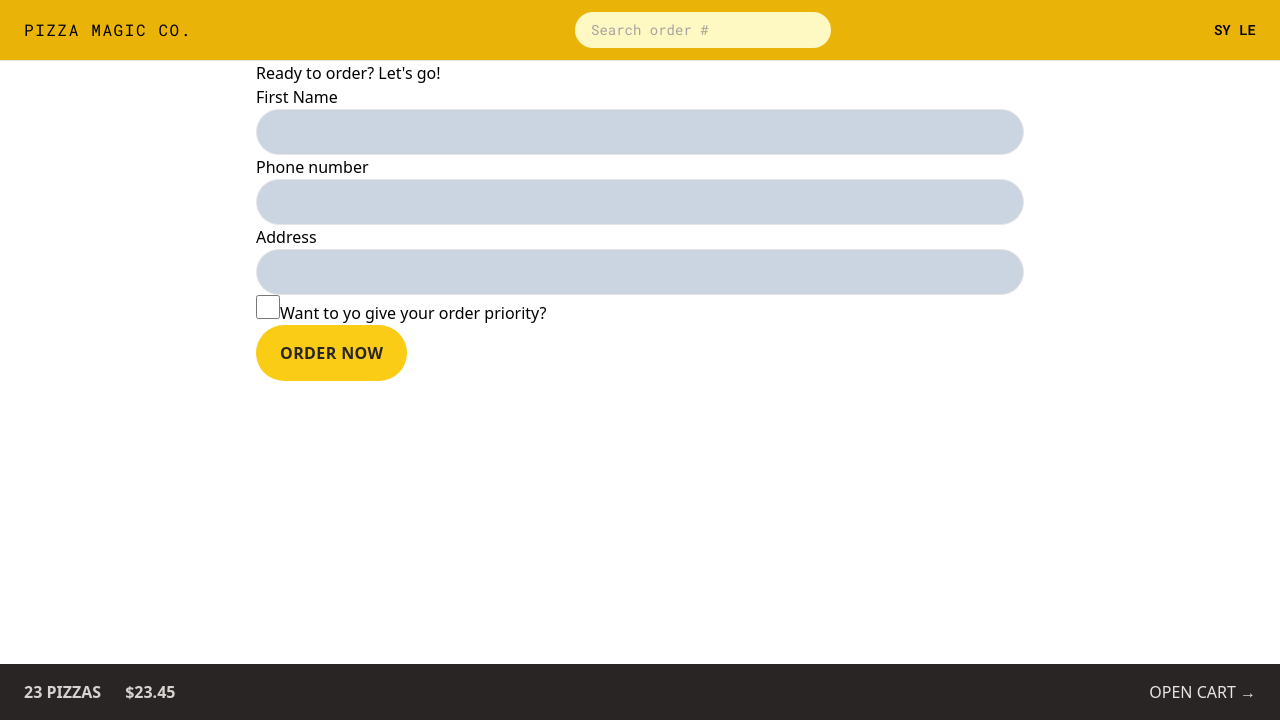
Repository: SyLe-Van/The-Pizza-Magic-web
Page: /order/new
An editor plug-in stored every save of this project. The page is shown before and after the next save, followed by the edit.
The browser window is 1280 px wide. The pictures show the whole page.
The project was rebuilt for these pictures with package versions that can differ from the ones it lists, and the page was loaded fresh each time. Also part of the build but not shown: vite.config.js, src/features/user/CreateUser.jsx, src/ui/Home.jsx, src/ui/Loader.jsx, src/features/menu/Menu.jsx, src/ui/LinkButton.jsx, src/features/cart/Cart.jsx, src/ui/Error.jsx and 2 more. Imported but missing from the stored project, and not drawn on this page: src/features/menu/MenuItem.

Above is the page before, as saved 2024-07-28 17:26:07.

### index.html
<!doctype html>
<html lang="en">
  <head>
    <meta charset="UTF-8" />
    <link rel="icon" type="image/svg+xml" href="/vite.svg" />
    <meta name="viewport" content="width=device-width, initial-scale=1.0" />
    <link rel="preconnect" href="https://fonts.googleapis.com">
    <link rel="preconnect" href="https://fonts.gstatic.com" crossorigin>
    <link href="https://fonts.googleapis.com/css2?family=Roboto+Mono:ital,wght@0,100..700;1,100..700&display=swap"
      rel="stylesheet">
    <title>Vite + React</title>
  </head>
  <body clas="bg-stone-100 text-stone-700">
    <div id="root"></div>
    <script type="module" src="/src/main.jsx"></script>
  </body>
</html>

### src/App.jsx
import {RouterProvider, createBrowserRouter } from "react-router-dom"
import Home from "./ui/Home"
import AppLayout from "./ui/AppLayout"
import Menu, {loader as menuLoader} from "./features/menu/Menu"
import Cart from "./features/cart/Cart"
import Error from "./ui/Error"
import CreateOrder, {action as CreateOrderAction} from "./features/order/CreateOrder"
import Order, {loader as orderLoader} from "./features/order/Order"
const router = createBrowserRouter([
  {
    element: <AppLayout />,
    errorElement: <Error />,
    children: [
      {
        path: "/",
        element: <Home />
      },
      {
        path: "/menu",
        element: <Menu />,
        loader: menuLoader,
        errorElement: <Error />,
      },
      {
        path: "/cart",
        element: <Cart />
      },
      {
        path: "/order/new",
        element: <CreateOrder />,
        action: CreateOrderAction,
      },
      {
        path: "/order/:orderId",
        element: <Order />,
        loader: orderLoader,
        errorElement: <Error />,
      }
    ]
  },


])

export default function App() {
  return <RouterProvider router={router} />
}

### src/index.css
@tailwind base;
@tailwind components;
@tailwind utilities;

@layer components {
  .input{
    @apply
      rounded-full
       md:px-6 md:py-3
        focus:ring
        focus:ring-yellow-400
         focus:outline-none
          border
           border-stone-200
            w-full px-4 py-2
            text-sm transition-all
             duration-300
              placeholder:text-stone-400
               bg-slate-300

  }
    .loader {
      width: 45px;
      aspect-ratio: 0.75;
      --c: no-repeat linear-gradient(theme(colors.stone.800) 0 0);
      background: var(--c) 0% 50%, var(--c) 50% 50%, var(--c) 100% 50%;
      background-size: 20% 50%;
      animation: loading 1s infinite linear;
    }

    @keyframes loading {
      20% {
        background-position: 0% 0%, 50% 50%, 100% 50%;
      }

      40% {
        background-position: 0% 100%, 50% 0%, 100% 50%;
      }

      60% {
        background-position: 0% 50%, 50% 100%, 100% 0%;
      }

      80% {
        background-position: 0% 50%, 50% 50%, 100% 100%;
      }
    }
}
/* body {
  font-family: system-ui, -apple-system, BlinkMacSystemFont, 'Segoe UI', Roboto,
    Oxygen, Ubuntu, Cantarell, 'Open Sans', 'Helvetica Neue', sans-serif;
  background-color: #f7f7f7;
  color: #444;
}

.layout {
  display: grid;
  grid-template-rows: auto 1fr auto;
  gap: 32px;
  height: 100dvh;

} */

/* https://dev.to/afif/i-made-100-css-loaders-for-your-next-project-4eje */

### src/ui/AppLayout.jsx
import { Outlet, useNavigation } from "react-router-dom";
import CartOverview from "../features/cart/CartOverview";
import Header from "./Header";
import Loader from "./Loader";
export default function AppLayout() {
    const navigation = useNavigation()
    const isLoading = navigation.state === "loading"
    return (
        <div className="grid h-screen grid-rows-[auto_1fr_auto]">
            {isLoading && <Loader />}
            <Header />
            <div className="overflow-scroll">
                <main className="mx-auto max-w-3xl ">
                    <Outlet />
                </main>
            </div>
            <CartOverview />
        </div>
    )
}

### src/features/order/CreateOrder.jsx
import { useState } from "react";
import Button from "../../ui/Button";
import { Form, redirect, useNavigation, useActionData  } from "react-router-dom";
import { createOrder } from "../../services/apiRestaurant.js";
// https://uibakery.io/regex-library/phone-number
const isValidPhone = (str) =>
  /^\+?\d{1,4}?[-.\s]?\(?\d{1,3}?\)?[-.\s]?\d{1,4}[-.\s]?\d{1,4}[-.\s]?\d{1,9}$/.test(
    str
  );

const fakeCart = [
  {
    pizzaId: 12,
    name: "Mediterranean",
    quantity: 2,
    unitPrice: 16,
    totalPrice: 32,
  },
  {
    pizzaId: 6,
    name: "Vegetale",
    quantity: 1,
    unitPrice: 13,
    totalPrice: 13,
  },
  {
    pizzaId: 11,
    name: "Spinach and Mushroom",
    quantity: 1,
    unitPrice: 15,
    totalPrice: 15,
  },
];

function CreateOrder() {
  const navigation = useNavigation();
  const isSubmitting = navigation.state === "submitting";
  // const [withPriority, setWithPriority] = useState(false);
  const formErrors = useActionData();

  const cart = fakeCart;

  return (
    <div>
      <h2>Ready to order? Let's go!</h2>
      {/* <form method="POST" action="/order/new"></form> */}
      <Form method="POST">
        <div>
          <label>First Name</label>
          <input className="input"  type="text" name="customer" required />
        </div>

        <div>
          <label>Phone number</label>
          <div>
            <input className="input" type="tel" name="phone" required />
          </div>
          {formErrors?.phone && <p>{formErrors.phone}</p>}
        </div>

        <div>
          <label>Address</label>
          <div>
            <input className="input" type="text" name="address" required />
          </div>
        </div>

        <div>

          <input
            className="h-6  w-6 accent-yellow-400 focus:ring-offset-2 focus:ring focus:outline-none focus:ring-yellow-400 "
            type="checkbox"
            name="priority"
            id="priority"
            // value={withPriority}
            // onChange={(e) => setWithPriority(e.target.checked)}
          />
          <label htmlFor="priority">Want to yo give your order priority?</label>
        </div>

        <div>
          <input type="hidden" name="cart" value={JSON.stringify(cart)} />
          <Button disabled={isSubmitting}>{isSubmitting ? "Placing order..." : "Order now"} </Button>
        </div>
      </Form>
    </div>
  );
}

export async function action({request}) {
  const formData = await request.formData();
  const data = Object.fromEntries(formData);
  console.log(data);

  const order = {
    ...data,
    cart: JSON.parse(data.cart),
    priority: data.priority === "on",
  }


  const errors = {}
  if(!isValidPhone(order.phone)) {
    errors.phone = "Invalid phone number"
  }
  if (Object.keys(errors).length > 0) return errors;

  const newOrder = await createOrder(order)

  return redirect(`/order/${newOrder.id}`)
}

export default CreateOrder;

### src/features/cart/CartOverview.jsx
import { Link } from "react-router-dom";

export default function CartOverview() {
  return (
    <div className="bg-stone-800 text-stone-200 py-4 justify-between uppercase  px-4 sm:px-6 md:text-base flex items-center">
      <p className="text-stone-300 font-semibold space-x-4 sm:space-x-6">
        <span>23 pizzas</span>
        <span>$23.45</span>
      </p>
      <Link to='/cart'>Open cart &rarr;</Link>
    </div>
  );
}

### src/ui/Header.jsx
import { Link } from "react-router-dom";
import Username from "../features/user/Username";
import SearchOrder from "../features/order/SearchOrder";

export default function Header() {
    return (
        <header className="bg-yellow-500 font-pizza flex items-center justify-between uppercase py-3 px-4 border-b border-stone-200 sm:px-6">
            <Link className="tracking-widest" to="/">Pizza Magic Co.</Link>
            <SearchOrder />

            <Username />

        </header>
    )
}

### src/services/apiRestaurant.js
const API_URL = 'https://react-fast-pizza-api.onrender.com/api';

export async function getMenu() {
  const res = await fetch(`${API_URL}/menu`);

  // fetch won't throw error on 400 errors (e.g. when URL is wrong), so we need to do it manually. This will then go into the catch block, where the message is set
  if (!res.ok) throw Error('Failed getting menu');

  const { data } = await res.json();
  return data;
}

export async function getOrder(id) {
  const res = await fetch(`${API_URL}/order/${id}`);
  if (!res.ok) throw Error(`Couldn't find order #${id}`);

  const { data } = await res.json();
  return data;
}

export async function createOrder(newOrder) {
  try {
    const res = await fetch(`${API_URL}/order`, {
      method: 'POST',
      body: JSON.stringify(newOrder),
      headers: {
        'Content-Type': 'application/json',
      },
    });

    if (!res.ok) throw Error();
    const { data } = await res.json();
    return data;
  } catch {
    throw Error('Failed creating your order');
  }
}

export async function updateOrder(id, updateObj) {
  try {
    const res = await fetch(`${API_URL}/order/${id}`, {
      method: 'PATCH',
      body: JSON.stringify(updateObj),
      headers: {
        'Content-Type': 'application/json',
      },
    });

    if (!res.ok) throw Error();
    // We don't need the data, so we don't return anything
  } catch (err) {
    throw Error('Failed updating your order');
  }
}

### src/ui/Button.jsx
import { Link } from "react-router-dom";
function Button({ children, disabled, to }) {
    const className = "bg-yellow-400 focus:outline-none focus:ring-offset-2 focus:ring focus:ring-yellow-300 focus:bg-yellow-300 duration-300 transition-colors uppercase font-semibold   text-stone-800 py-3 px-4 inline-block  tracking-wide rounded-full hover:bg-yellow-300 sm:px-6 sm:py-4 disabled:cursor-not-allowed ";
    if (to) {
        return <Link className={className} to={to}>{children}</Link>
    }
    return <button disabled={disabled} className={className}>
      {children}
  </button>
}
export default Button;

### src/features/user/Username.jsx
function Username() {
    return (
        <div className="text-sm hidden font-semibold md:block">Sy Le</div>
    )
}

export default Username;

### src/features/order/SearchOrder.jsx
import {useState} from 'react';
import { useNavigate } from 'react-router-dom';
export default function SearchOrder() {
    const [query, setQuery] = useState("");
    const navigate = useNavigate()

    function handleSubmit(e) {
        e.preventDefault();
        if (!query) return;
        navigate('/order/' + query)
        setQuery("")
    }
    return (
        <form onSubmit={handleSubmit}>
            <input  placeholder="Search order #"
                value={query}
                onChange={e => setQuery(e.target.value)}
                className='w-28 transition-all duration-300 focus:ring-opacity-50 rounded-full bg-yellow-100 px-4 py-2 text-sm placeholder:text-stone-400 sm:w-64 sm:focus:focus:w-72 focus:outline-none focus:ring focus:ring-yellow-500'
            />
        </form>
    )
}

### tailwind.config.js
/** @type {import('tailwindcss').Config} */
module.exports = {
  content: ["./index.html", "./src/**/*.{html,js,jsx,tsx}"],
  theme: {
    fontFamily: {
      pizza: "Roboto Mono, monospace",
    },
    extend: {},
  },
  plugins: [],
};

Loaded but not shown: src/main.jsx (common file)

After the next save:
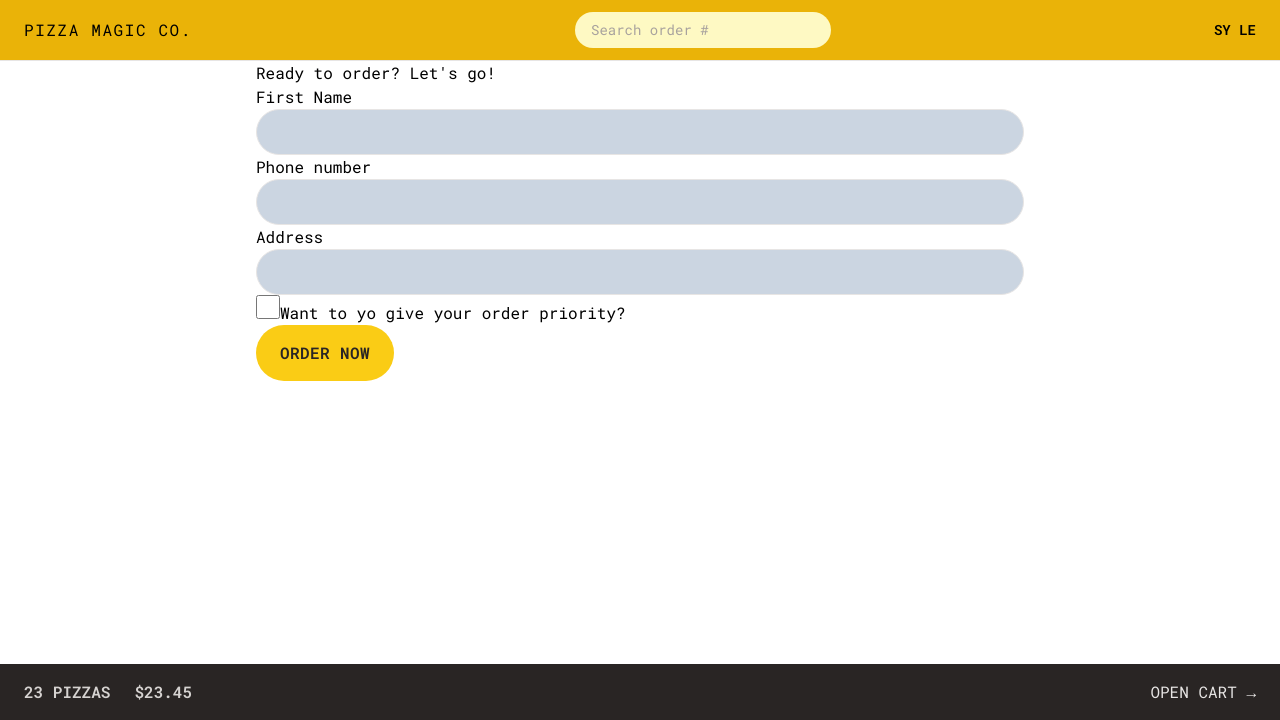
Saved 55 s later.
--- a/tailwind.config.js
+++ b/tailwind.config.js
@@ -3,7 +3,7 @@ module.exports = {
   content: ["./index.html", "./src/**/*.{html,js,jsx,tsx}"],
   theme: {
     fontFamily: {
-      pizza: "Roboto Mono, monospace",
+      sans: "Roboto Mono, monospace",
     },
     extend: {},
   },
